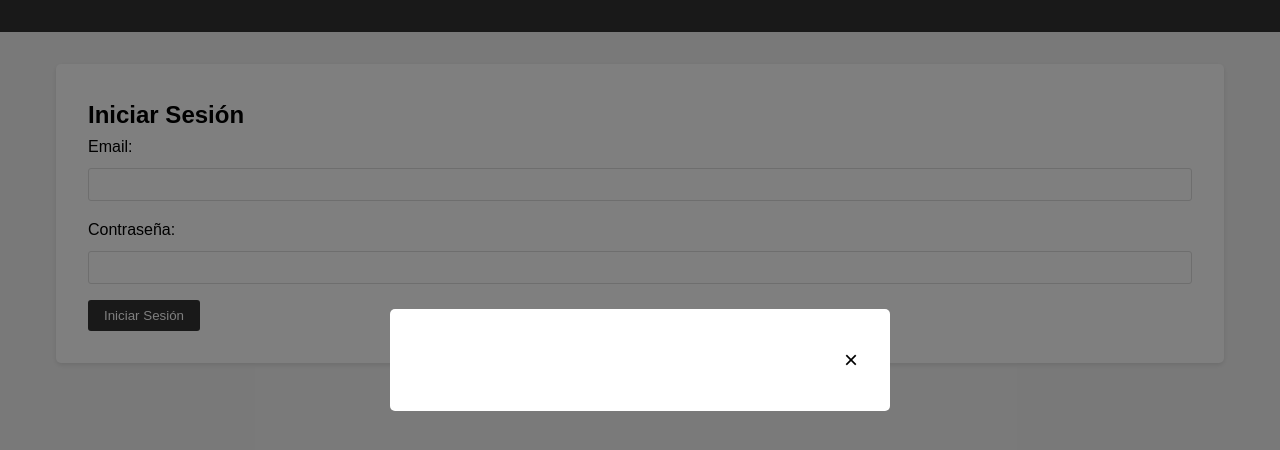
Repository: JoanOrobio77/BikeStore_Backend
Page: src/frontend/html/index.html
These files come from the project's save history. The page is drawn as it stood at one moment and after the next save; the edit follows.
The browser window is 1280 px wide. The pictures show the whole page.
The page's requests for data from a server got no answer.

Above is the page before, as saved 2025-04-06 20:31:11.

After the next save:
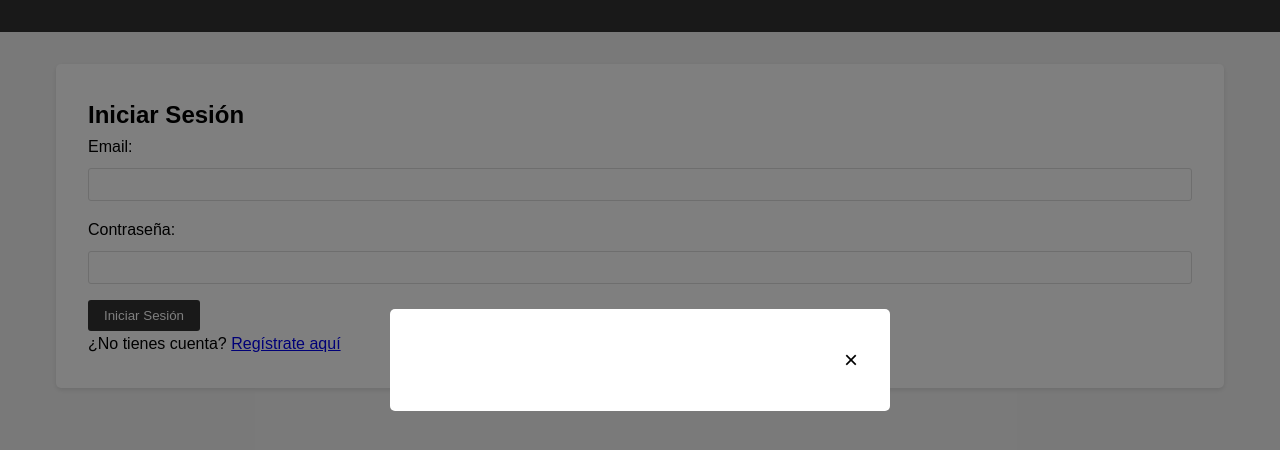
Saved 3 min 29 s later.
--- a/src/frontend/html/index.html
+++ b/src/frontend/html/index.html
@@ -39,6 +39,32 @@
                 </div>
                 <button type="submit">Iniciar Sesión</button>
             </form>
+            <p>¿No tienes cuenta? <a href="#" id="showRegisterLink">Regístrate aquí</a></p>
+        </section>
+
+        <!-- Sección de Registro -->
+        <section id="registerSection" class="hidden">
+            <h2>Registro de Usuario</h2>
+            <form id="registerForm">
+                <div class="form-group">
+                    <label for="regNombre">Nombre:</label>
+                    <input type="text" id="regNombre" required>
+                </div>
+                <div class="form-group">
+                    <label for="regTelefono">Teléfono:</label>
+                    <input type="tel" id="regTelefono" required>
+                </div>
+                <div class="form-group">
+                    <label for="regEmail">Email:</label>
+                    <input type="email" id="regEmail" required>
+                </div>
+                <div class="form-group">
+                    <label for="regPassword">Contraseña:</label>
+                    <input type="password" id="regPassword" required>
+                </div>
+                <button type="submit">Registrarse</button>
+            </form>
+            <p>¿Ya tienes cuenta? <a href="#" id="showLoginLink">Inicia sesión aquí</a></p>
         </section>
 
         <!-- Sección de Productos -->
